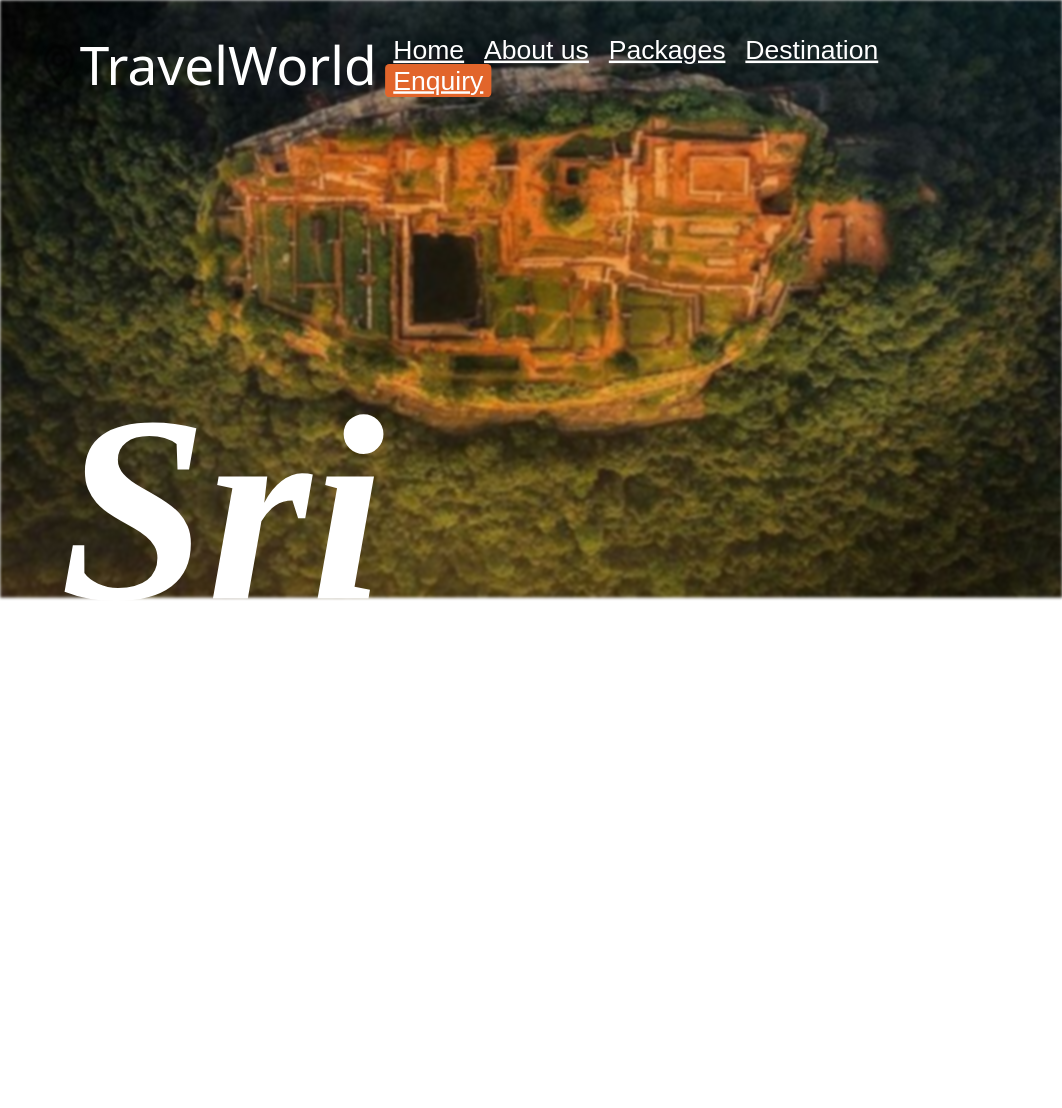
Repository: Haakim19/TavelWorld
Page: HTML/Home.html
The author's editor kept a copy of each file at every save. The page is drawn from the files as they stood at one save, then again after the next save.
The browser window is 1280 px wide. The pictures show the whole page, at 83% of full size.
Some web fonts or font styles are not loaded; a fallback is used.

Above is the page before, as saved 2024-11-02 11:04:57.

### HTML/Home.html
<!DOCTYPE html>
<html lang="en">
    <head>
        <meta charset="UTF-8" />
		<meta name="viewport" content="width=device-width, initial-scale=1.0" />
		<title>Travel World</title>
		<link rel="stylesheet" href="../CSS/Navbar.css" />
        <link rel="preconnect" href="https://fonts.googleapis.com">
        <link rel="preconnect" href="https://fonts.gstatic.com" crossorigin>
        <link href="https://fonts.googleapis.com/css2?family=Irish+Grover&family=Jaldi:wght@400;700&family=Playwrite+GB+S:ital,wght@0,100..400;1,100..400&display=swap" rel="stylesheet">
	</head>
	<body>
        <div class="bg-img">

            <!-- Navigation Bar -->
            <nav class="navbar">
                <div class="logo">
                    <img src="../Assets/icon/location.png" alt="" />
                    Travel <span>World</span>
                </div>
                <div class="page">
                    <a href="Home.html">Home</a>
                    <a href="Aboutus.html">About us</a>
                    <a href="Packages.html">Packages</a>
                    <a href="Destination.html">Destination</a>
                    <a href="Enquiry.html" class="enquiry-btn">Enquiry</a>
                </div>
            </nav>
            <!-- Hero Section -->
            <section class="hero">
                <div class="hero-overlay">
                    <h1>Sri Lanka</h1>
                    <p>Explore The Pearl of Asia</p>
                </div>
            </section>
            <img class="hero-img" src="../Assets/Images/Pic01.jpg" alt="">
        </div>
	</body>
</html>

### CSS/Navbar.css
body{
    margin: 0;
    padding: 0;
    /* background-color: #ffffff; */
}
/* Background image */
.bg-img img{
    width: 100%;
    height: 100%;
    object-fit: cover;
    filter: blur(2px);
}

.hero-img {
    position:absolute;
    top: 0;
    z-index: 1;
    background-color:black;
}
/* Navigation bar */
nav{
    position: relative;
    display: flex;
    align-items: center;
    justify-content: space-between;
    z-index: 1000;
    padding-top: 30px;
}
.logo{
    margin-left: 5vh;
    font-family: "Irish Grover", system-ui;
    color: #ffffff;
    font-size: 4rem;
    display: flex;
    justify-content:center;
    align-items: center;
    padding: 5px 10px 5px 10px;
}
.logo img{
    width: 50px;
    height: 50px;
    color: #ffffff;
}

.page {
    margin-right : 16vh;

}

.page a{
    /* display: flex; */
    font-size: 2rem;
    color: #ffffff;
    font-family:"Jaldi", sans-serif;
    justify-content: space-evenly;
    align-items: center;
    padding: 2px 10px 2px 10px;

}
.page .enquiry-btn{
    background-color:#E2652B;
    color: white;
    border-radius: 5px;
}
section {
    position: relative;
    z-index: 1000;
    color: #ffffff;
    display: flex;
    flex-direction: column;
    justify-content: center;
    align-items: center;
    margin-top: 5vh;
    margin-left: 10vh;


}

.hero .hero-overlay h1 {
    /* margin-right: 10vh; */
    font-family: "Just Another Hand", cursive;
    font-weight: 700;
    font-style:italic;
    font-size: 20rem;
    margin-bottom: -10px;
}

.hero .hero-overlay p {
    margin-top: auto;
    font-family:"Jaldi", sans-serif;
    font-weight: 500;
    font-style:italic;
    font-size: 5rem;
    margin-right: 10vh;
}

After the next save:
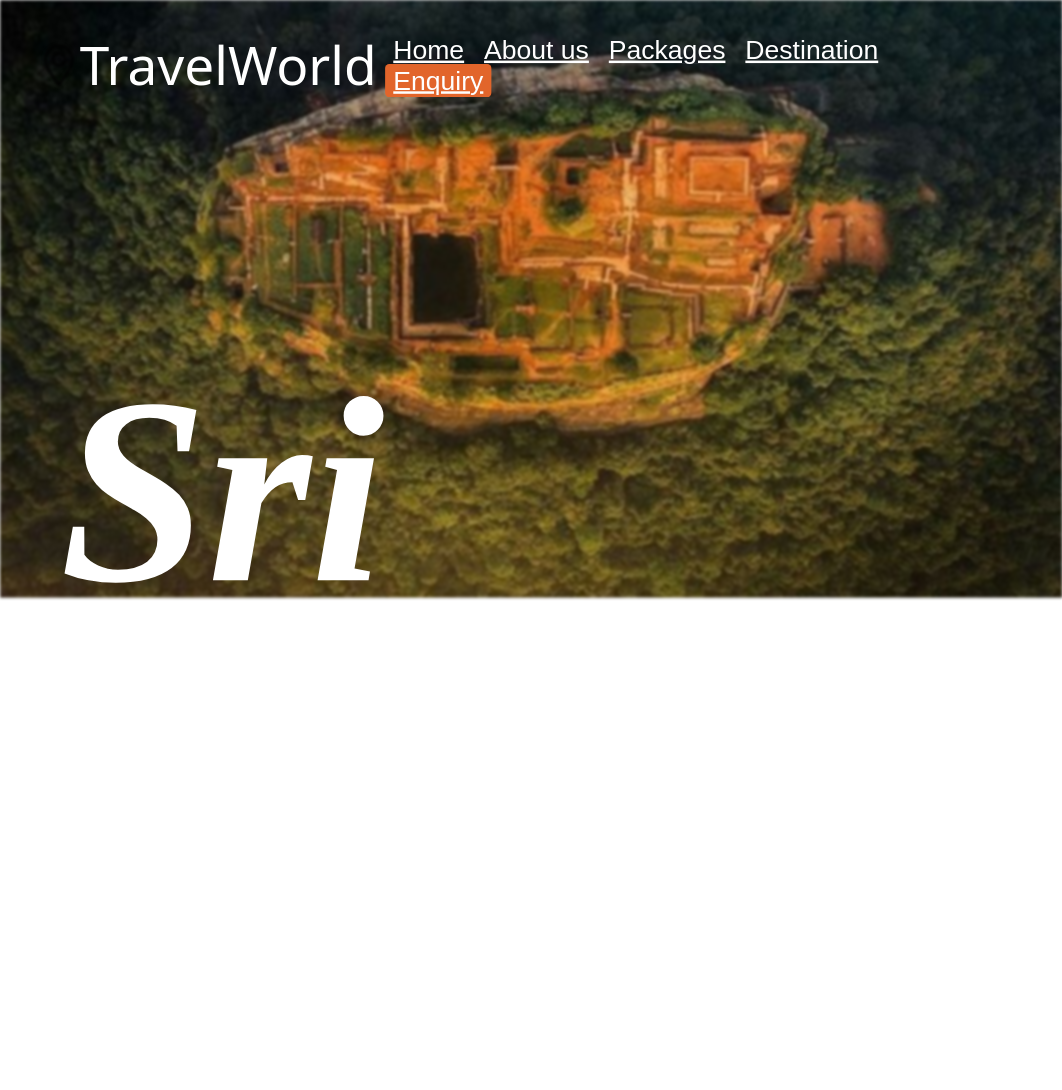
Saved 4 s later.
--- a/CSS/Navbar.css
+++ b/CSS/Navbar.css
@@ -70,7 +70,7 @@ section {
     flex-direction: column;
     justify-content: center;
     align-items: center;
-    margin-top: 5vh;
+    margin-top: 2vh;
     margin-left: 10vh;
 
 
